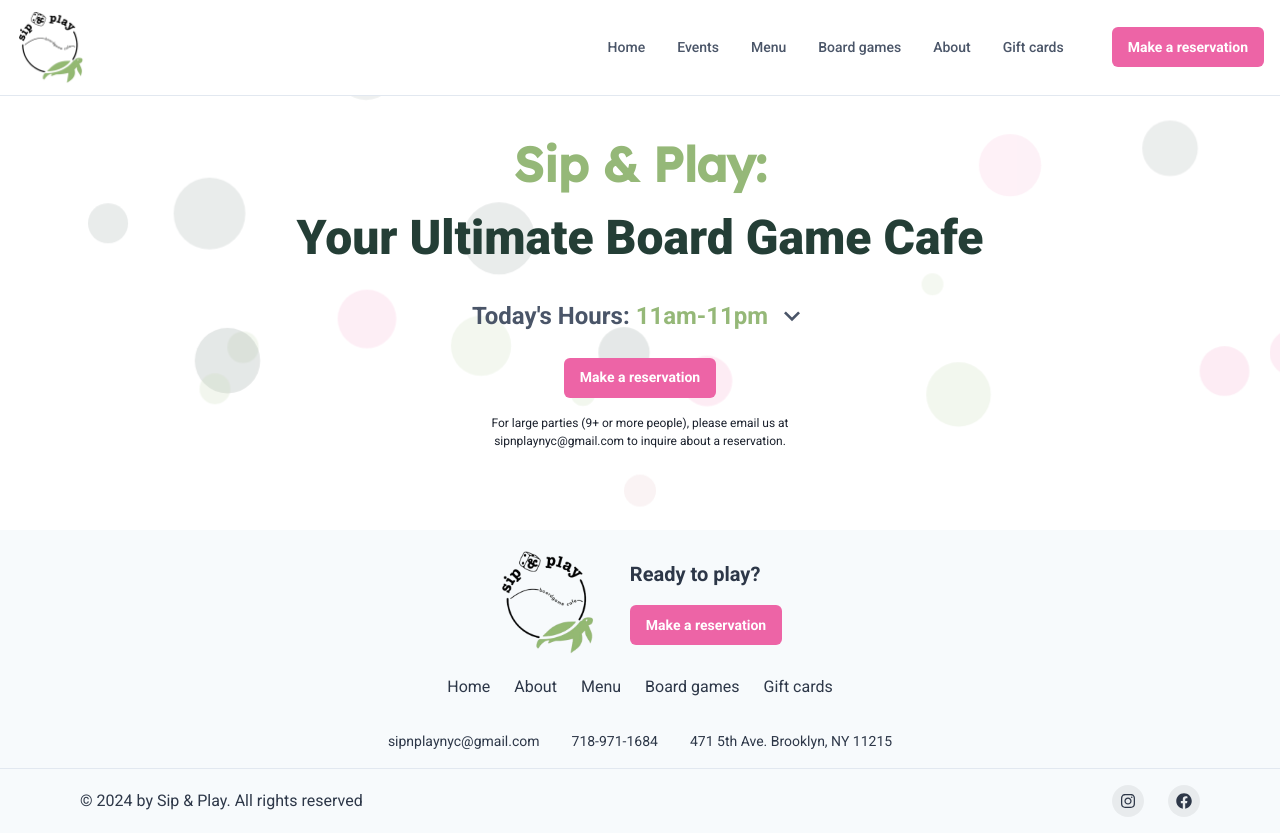
Repository: natespinetti/codedexsummerhackathon
Page: /
The author's editor kept a copy of each file at every save. The page is drawn from the files as they stood at one save, then again after the next save.
The browser window is 1280 px wide. The pictures show the whole page.
The project was rebuilt for these pictures with package versions that can differ from the ones it lists, and the page was loaded fresh each time. The framework's server and built-in components were replaced by stand-ins that run in the browser. Also part of the build but not shown: next.config.mjs.

Above is the page before, as saved 2024-07-11 16:42:37.

### app/layout.tsx
"use client";
import Head from "next/head";
import React from "react";
import Header from "./components/Header";
import Footer from "./components/Footer";
import { Providers } from "./components/Providers";

export default function RootLayout({
  children,
}: {
  children: React.ReactNode;
}) {
  return (
    <html lang="en">
      <Head>
        <title>Sip & Play</title>
        <meta name="description" content="Board games and boba!" />
        <meta name="viewport" content="width=device-width, initial-scale=1" />
        <link rel="icon" href="/favicons/favicon.ico" />
      </Head>
      <body>
        <Providers>
          <Header />
          <main>{children}</main>
          <Footer />
        </Providers>
      </body>
    </html>
  );
}

### app/page.tsx
import Image from "next/image";
import HomeHero from "./components/HomeHero";

export default function Home() {
  return (
    <>
      <HomeHero />
    </>
  );
}

### app/components/Header.tsx
"use client";

import {
  Box,
  Flex,
  Text,
  IconButton,
  Button,
  Stack,
  Collapse,
  Icon,
  Popover,
  PopoverTrigger,
  PopoverContent,
  useColorModeValue,
  useBreakpointValue,
  Image,
  useDisclosure,
} from "@chakra-ui/react";
import {
  HamburgerIcon,
  CloseIcon,
  ChevronDownIcon,
  ChevronRightIcon,
} from "@chakra-ui/icons";
import CurrentDayHours from "./CurrentDaysHours";

export default function Header() {
  const { isOpen, onToggle } = useDisclosure();

  return (
    <Box>
      <Flex
        bg={useColorModeValue("white", "gray.800")}
        color={useColorModeValue("gray.600", "white")}
        minH={"60px"}
        py={{ base: 2 }}
        px={{ base: 4 }}
        borderBottom={1}
        borderStyle={"solid"}
        borderColor={useColorModeValue("gray.200", "gray.900")}
        align={"center"}
      >
        <Flex
          flex={{ base: 1, md: "auto" }}
          ml={{ base: -2 }}
          display={{ base: "flex", md: "none" }}
        >
          <IconButton
            onClick={onToggle}
            icon={
              isOpen ? <CloseIcon w={3} h={3} /> : <HamburgerIcon w={5} h={5} />
            }
            variant={"ghost"}
            aria-label={"Toggle Navigation"}
          />
        </Flex>
        <Flex flex={{ base: 1 }} justify={{ base: "center", md: "start" }}>
          <Text
            textAlign={useBreakpointValue({ base: "center", md: "left" })}
            fontFamily={"heading"}
            color={useColorModeValue("gray.800", "white")}
          >
            <Image
              maxW="70px"
              src="/logos/sipnplay2.png"
              alt="Sip & Play Logo"
            />
          </Text>

          <Flex
            display={{ base: "none", md: "flex" }}
            mr={10}
            alignItems="center"
            ml="auto"
          >
            <DesktopNav />
          </Flex>
        </Flex>

        <Stack
          flex={{ base: 1, md: 0 }}
          justify={"flex-end"}
          direction={"row"}
          spacing={6}
        >
          <Button
            as={"a"}
            display={{ base: "none", md: "inline-flex" }}
            fontSize={"sm"}
            fontWeight={600}
            color={"white"}
            bg={"pink.400"}
            href={"https://www.exploretock.com/sipnplay/"}
            target="_blank"
            _hover={{
              bg: "pink.300",
            }}
          >
            Make a reservation
          </Button>
        </Stack>
      </Flex>

      <Collapse in={isOpen} animateOpacity>
        <MobileNav />
      </Collapse>
    </Box>
  );
}

const DesktopNav = () => {
  const linkColor = useColorModeValue("gray.600", "gray.200");
  const linkHoverColor = useColorModeValue("gray.800", "white");
  const popoverContentBgColor = useColorModeValue("white", "gray.800");

  return (
    <Stack direction={"row"} spacing={4}>
      {NAV_ITEMS.map((navItem) => (
        <Box key={navItem.label}>
          <Popover trigger={"hover"} placement={"bottom-start"}>
            <PopoverTrigger>
              <Box
                as="a"
                p={2}
                href={navItem.href ?? "#"}
                fontSize={"sm"}
                fontWeight={500}
                color={linkColor}
                _hover={{
                  textDecoration: "none",
                  color: linkHoverColor,
                }}
              >
                {navItem.label}
              </Box>
            </PopoverTrigger>

            {navItem.children && (
              <PopoverContent
                border={0}
                boxShadow={"xl"}
                bg={popoverContentBgColor}
                p={4}
                rounded={"xl"}
                minW={"sm"}
              >
                <Stack>
                  {navItem.children.map((child) => (
                    <DesktopSubNav key={child.label} {...child} />
                  ))}
                </Stack>
              </PopoverContent>
            )}
          </Popover>
        </Box>
      ))}
    </Stack>
  );
};

const DesktopSubNav = ({ label, href, subLabel }: NavItem) => {
  return (
    <Box
      as="a"
      href={href}
      role={"group"}
      display={"block"}
      p={2}
      rounded={"md"}
      _hover={{ bg: useColorModeValue("pink.50", "gray.900") }}
    >
      <Stack direction={"row"} align={"center"}>
        <Box>
          <Text
            transition={"all .3s ease"}
            _groupHover={{ color: "pink.400" }}
            fontWeight={500}
          >
            {label}
          </Text>
          <Text fontSize={"sm"}>{subLabel}</Text>
        </Box>
        <Flex
          transition={"all .3s ease"}
          transform={"translateX(-10px)"}
          opacity={0}
          _groupHover={{ opacity: "100%", transform: "translateX(0)" }}
          justify={"flex-end"}
          align={"center"}
          flex={1}
        >
          <Icon color={"pink.400"} w={5} h={5} as={ChevronRightIcon} />
        </Flex>
      </Stack>
    </Box>
  );
};

const MobileNav = () => {
  return (
    <Stack
      bg={useColorModeValue("white", "gray.800")}
      p={4}
      display={{ md: "none" }}
    >
      {NAV_ITEMS.map((navItem) => (
        <MobileNavItem key={navItem.label} {...navItem} />
      ))}
    </Stack>
  );
};

const MobileNavItem = ({ label, children, href }: NavItem) => {
  const { isOpen, onToggle } = useDisclosure();

  return (
    <Stack spacing={4} onClick={children && onToggle}>
      <Box
        py={2}
        as="a"
        href={href ?? "#"}
        justifyContent="space-between"
        alignItems="center"
        _hover={{
          textDecoration: "none",
        }}
      >
        <Text
          fontWeight={600}
          color={useColorModeValue("gray.600", "gray.200")}
        >
          {label}
        </Text>
        {children && (
          <Icon
            as={ChevronDownIcon}
            transition={"all .25s ease-in-out"}
            transform={isOpen ? "rotate(180deg)" : ""}
            w={6}
            h={6}
          />
        )}
      </Box>

      <Collapse in={isOpen} animateOpacity style={{ marginTop: "0!important" }}>
        <Stack
          mt={2}
          pl={4}
          borderLeft={1}
          borderStyle={"solid"}
          borderColor={useColorModeValue("gray.200", "gray.700")}
          align={"start"}
        >
          {children &&
            children.map((child) => (
              <Box as="a" key={child.label} py={2} href={child.href}>
                {child.label}
              </Box>
            ))}
        </Stack>
      </Collapse>
    </Stack>
  );
};

interface NavItem {
  label: string;
  subLabel?: string;
  children?: Array<NavItem>;
  href?: string;
}

const NAV_ITEMS: Array<NavItem> = [
  {
    label: "Home",
    href: "/",
  },
  {
    label: "Events ",
    href: "/",
  },
  {
    label: "Menu",
    children: [
      {
        label: "Coffee",
        subLabel: "Hot and iced coffee options",
        href: "#",
      },
      {
        label: "Specialty drinks",
        subLabel: "Spice it up with flavors and teas",
        href: "#",
      },
      {
        label: "Boba",
        subLabel: "Who doesn't love boba?",
        href: "#",
      },
      {
        label: "Hot bites",
        subLabel: "Some snacks while you play",
        href: "#",
      },
      {
        label: "Sandwiches & salads",
        subLabel: "Need something more? This is the place",
        href: "#",
      },
      {
        label: "Seasonal specials",
        subLabel: "Bevs to fit the season",
        href: "#",
      },
      {
        label: "Beer/wine",
        subLabel: "Rotating menu from local breweries",
        href: "#",
      },
    ],
  },
  {
    label: "Board games",
    href: "#",
  },
  {
    label: "About",
    children: [
      {
        label: "Our story",
        subLabel: "Where it all started",
        href: "#",
      },
      {
        label: "Feedback",
        subLabel: "Let us know what you think",
        href: "#",
      },
    ],
  },
  {
    label: "Gift cards",
    href: "#",
  },
];

### app/components/Footer.tsx
"use client";

import {
  Box,
  chakra,
  Container,
  Stack,
  Text,
  useColorModeValue,
  Button,
  Image,
  VisuallyHidden,
} from "@chakra-ui/react";
import { FaInstagram, FaTwitter, FaYoutube, FaFacebook } from "react-icons/fa";
import { ReactNode } from "react";

const SocialButton = ({
  children,
  label,
  href,
}: {
  children: ReactNode;
  label: string;
  href: string;
}) => {
  return (
    <chakra.button
      bg={useColorModeValue("blackAlpha.100", "whiteAlpha.100")}
      rounded={"full"}
      w={8}
      h={8}
      cursor={"pointer"}
      as={"a"}
      href={href}
      display={"inline-flex"}
      alignItems={"center"}
      justifyContent={"center"}
      transition={"background 0.3s ease"}
      _hover={{
        bg: useColorModeValue("blackAlpha.200", "whiteAlpha.200"),
      }}
    >
      <VisuallyHidden>{label}</VisuallyHidden>
      {children}
    </chakra.button>
  );
};

export default function Footer() {
  return (
    <>
      {/* <iframe
        src="https://www.google.com/maps/embed?pb=!1m19!1m8!1m3!1d48423.28708097213!2d-73.98076851318362!3d40.66393288184943!3m2!1i1024!2i768!4f13.1!4m8!3e0!4m0!4m5!1s0x89c25b963c296a77%3A0x33cab105836ef465!2sSip%20%26%20Play%2C%20471%205th%20Ave%2C%20Brooklyn%2C%20NY%2011215!3m2!1d40.668128599999996!2d-73.9869454!5e0!3m2!1sen!2sus!4v1720729656891!5m2!1sen!2sus"
        width="100%"
        height="200"
        style={{ border: 0 }}
        loading="lazy"
        referrerPolicy="no-referrer-when-downgrade"
      ></iframe> */}
      <Box
        bg={useColorModeValue("gray.50", "gray.900")}
        color={useColorModeValue("gray.700", "gray.200")}
      >
        <Container
          as={Stack}
          maxW={"6xl"}
          py={4}
          spacing={4}
          justify={"center"}
          align={"center"}
        >
          <Box display="flex" flexDir="row" alignItems="center" gridGap="2rem">
            <Image
              maxW="100px"
              src="/logos/sipnplay2.png"
              alt="Sip & Play Logo"
            />
            <Box>
              <Text fontWeight={700} fontSize="20px" pb="1rem">
                Ready to play?
              </Text>
              <Button
                as={"a"}
                display={{ base: "none", md: "inline-flex" }}
                fontSize={"sm"}
                fontWeight={600}
                color={"white"}
                bg={"pink.400"}
                href={"https://www.exploretock.com/sipnplay/"}
                target="_blank"
                _hover={{
                  bg: "pink.300",
                }}
              >
                Make a reservation
              </Button>
            </Box>
          </Box>
          <Stack direction={"row"} spacing={6}>
            <Box as="a" href={"#"}>
              Home
            </Box>
            <Box as="a" href={"#"}>
              About
            </Box>
            <Box as="a" href={"#"}>
              Menu
            </Box>
            <Box as="a" href={"#"}>
              Board games
            </Box>
            <Box as="a" href={"#"}>
              Gift cards
            </Box>
          </Stack>
          <Box
            display="flex"
            flexDir="row"
            gridGap="2rem"
            fontSize="14px"
            mt="1rem"
          >
            <Text as="a" href={"mailto:sipnplaynyc@gmail.com"}>
              sipnplaynyc@gmail.com
            </Text>
            <Text as="a" href={"tel:718-971-1684"}>
              718-971-1684
            </Text>
            <Text
              as="a"
              target="_blank"
              href={
                "https://www.google.com/maps/dir//471+5th+Ave,+Brooklyn,+NY+11215/@40.6680993,-74.0693463,12z/data=!4m8!4m7!1m0!1m5!1m1!1s0x89c25b963c296a77:0x33cab105836ef465!2m2!1d-73.9869454!2d40.6681286?entry=ttu"
              }
            >
              471 5th Ave. Brooklyn, NY 11215
            </Text>
          </Box>
        </Container>

        <Box
          borderTopWidth={1}
          borderStyle={"solid"}
          borderColor={useColorModeValue("gray.200", "gray.700")}
        >
          <Container
            as={Stack}
            maxW={"6xl"}
            py={4}
            direction={{ base: "column", md: "row" }}
            spacing={4}
            justify={{ base: "center", md: "space-between" }}
            align={{ base: "center", md: "center" }}
          >
            <Text>© 2024 by Sip & Play. All rights reserved</Text>
            <Stack direction={"row"} spacing={6}>
              <SocialButton
                label={"Instagram"}
                href={"https://www.instagram.com/sipnplaynyc/?hl=en"}
              >
                <FaInstagram />
              </SocialButton>
              <SocialButton
                label={"Facebook"}
                href={"https://www.facebook.com/sipnplaynyc/"}
              >
                <FaFacebook />
              </SocialButton>
            </Stack>
          </Container>
        </Box>
      </Box>
    </>
  );
}

### app/components/Providers.tsx
import { SPTheme } from "@/ui/theme/theme";
import { ChakraProvider } from "@chakra-ui/react";
import { ReactNode } from "react";

export function Providers({ children }: { children: ReactNode }) {
  return <ChakraProvider theme={SPTheme}>{children}</ChakraProvider>;
}

### app/components/HomeHero.tsx
"use client";
import { Box, Text, Button, keyframes } from "@chakra-ui/react";
import CurrentDayHours from "./CurrentDaysHours";
import {
  HamburgerIcon,
  CloseIcon,
  ChevronDownIcon,
  ArrowDownIcon,
} from "@chakra-ui/icons";

const bubbleAnimation = keyframes`
  0% {
    transform: translateY(100px) scale(1);
    opacity: 1;
  }
  100% {
    transform: translateY(-1000px) scale(1.5);
    opacity: 0;
  }
`;

const upDownAnimation = keyframes`
  0% {
    transform: translateY(0);
  }
  50% {
    transform: translateY(10px);
  }
  100% {
    transform: translateY(0px);
  }
`;

const bubbles = new Array(20).fill(0).map((_, index) => ({
  id: index,
  size: Math.random() * 3 + 1,
  left: Math.random() * 100,
  animationDuration: Math.random() * 20 + 10,
  animationDelay: Math.random() * 100,
}));

export default function HomeHero() {
  return (
    <>
      <Box position="relative" overflow="hidden" h="100%" w="100%">
        {bubbles.map((bubble, index) => (
          <Box
            key={bubble.id}
            position="absolute"
            bottom="0"
            left={`${bubble.left}%`}
            width={`${bubble.size}rem`}
            height={`${bubble.size}rem`}
            bg={
              index % 3 === 0
                ? "rgba(148, 185, 115, 0.3)"
                : index % 3 === 1
                ? "rgba(36, 62, 54, 0.3)"
                : "rgba(237, 100, 166, 0.3)"
            }
            borderRadius="50%"
            animation={`${bubbleAnimation} ${bubble.animationDuration}s linear infinite`}
            transitionDelay={`${bubble.animationDelay}s`}
          />
        ))}
        <Box
          position="relative"
          w="100vw"
          p="2rem"
          display="flex"
          flexDir="column"
          justifyItems="center"
          alignItems="center"
          gridGap="1rem"
          bg="rgba(255, 255, 255, 0.5)"
        >
          <Text
            as="h1"
            fontFamily="body"
            fontWeight="900"
            fontSize="3rem"
            color="#243E36"
            textAlign="center"
          >
            <Text
              as="span"
              color="#95b878"
              fontWeight="900"
              fontFamily="heading"
              fontSize="3rem"
            >
              Sip & Play:
              <br />
            </Text>
            Your Ultimate Board Game Cafe
          </Text>
          <CurrentDayHours />
          <Button
            as={"a"}
            display={{ base: "none", md: "inline-flex" }}
            fontSize={"sm"}
            fontWeight={600}
            color={"white"}
            bg={"pink.400"}
            href={"https://www.exploretock.com/sipnplay/"}
            target="_blank"
            _hover={{
              bg: "pink.300",
            }}
          >
            Make a reservation
          </Button>

          <Text
            fontSize="12px"
            w={{ base: "100%", md: "30%" }}
            textAlign="center"
          >
            For large parties (9+ or more people), please email us at{" "}
            <Text as="a" href="mailto:sipnplaynyc@gmail.com">
              sipnplaynyc@gmail.com
            </Text>{" "}
            to inquire about a reservation.
          </Text>
          <ArrowDownIcon
            fontSize="1.5rem"
            bg="rgba(246, 232, 234, 0.5)"
            p="1rem"
            borderRadius="50%"
            animation={`${upDownAnimation} 4s ease-in-out infinite`}
          />
        </Box>
      </Box>
    </>
  );
}

### ui/theme/theme.tsx
import { extendTheme } from "@chakra-ui/react";
import { fonts } from "./fonts";

const overrides = {
  fonts,
};

export const SPTheme = extendTheme(overrides);

### app/components/CurrentDaysHours.tsx
import React, { useState } from "react";
import { Box, Text, useColorModeValue, useDisclosure } from "@chakra-ui/react";
import {
  Popover,
  PopoverTrigger,
  PopoverContent,
  PopoverHeader,
  PopoverBody,
  PopoverFooter,
  PopoverArrow,
  PopoverCloseButton,
  Button,
  PopoverAnchor,
} from "@chakra-ui/react";
import {
  HamburgerIcon,
  CloseIcon,
  ChevronDownIcon,
  ChevronRightIcon,
} from "@chakra-ui/icons";

const openingHours: { [key: number]: string } = {
  0: "10am-11pm", //Sunday
  1: "11am-11pm", // Monday
  2: "11am-11pm", // Tuesday
  3: "11am-11pm", // Wednesday
  4: "11am-11pm", // Thursday
  5: "11am-12am", // Friday
  6: "10am-12am", // Saturday
};

export default function CurrentDayHours() {
  const { isOpen, onOpen, onClose } = useDisclosure();

  const currentDay = new Date().getDay();
  const hours = openingHours[currentDay];
  const linkColor = useColorModeValue("gray.600", "gray.200");
  const linkHoverColor = useColorModeValue("gray.800", "white");
  const popoverContentBgColor = useColorModeValue("white", "gray.800");
  const handleItemClick = () => {
    if (isOpen) {
      onClose();
    } else {
      onOpen();
    }
  };
  return (
    <Box textAlign="center" fontSize="16px">
      <Popover
        trigger={"hover"}
        placement={"bottom-start"}
        isOpen={isOpen}
        onOpen={onOpen}
        onClose={onClose}
      >
        <PopoverTrigger>
          <Box
            p={2}
            fontSize={"sm"}
            fontWeight={500}
            color={linkColor}
            _hover={{
              textDecoration: "none",
              color: linkHoverColor,
            }}
          >
            <Box
              display="flex"
              flexDir="row"
              gridGap=".5rem"
              alignItems="center"
              onClick={handleItemClick}
            >
              <Text fontWeight="bold" fontSize="1.5rem" cursor="pointer">
                Today's Hours:{" "}
                <Text color="#95b878" as="span">
                  {hours}
                </Text>
              </Text>
              <ChevronDownIcon
                fontSize="2rem"
                transform={isOpen ? "rotate(180deg)" : "rotate(0deg)"}
                transition="transform 0.2s"
              />
            </Box>
          </Box>
        </PopoverTrigger>

        <PopoverContent
          border={0}
          boxShadow={"xl"}
          bg={popoverContentBgColor}
          p={4}
          rounded={"xl"}
          minW={"sm"}
        >
          <Box display="flex" flexDir="column" textAlign="left">
            <Text fontWeight="bold">
              Sunday:{" "}
              <Text color="#95b878" as="span">
                10am-11pm
              </Text>
            </Text>
            <Text fontWeight="bold">
              Monday:{" "}
              <Text color="#95b878" as="span">
                11am-11pm
              </Text>
            </Text>
            <Text fontWeight="bold">
              Tuesday:{" "}
              <Text color="#95b878" as="span">
                11am-11pm
              </Text>
            </Text>
            <Text fontWeight="bold">
              Wednesday:{" "}
              <Text color="#95b878" as="span">
                11am-11pm
              </Text>
            </Text>
            <Text fontWeight="bold">
              Thursday:{" "}
              <Text color="#95b878" as="span">
                11am-11pm
              </Text>
            </Text>
            <Text fontWeight="bold">
              Friday:{" "}
              <Text color="#95b878" as="span">
                11am-12am
              </Text>
            </Text>
            <Text fontWeight="bold">
              Saturday:{" "}
              <Text color="#95b878" as="span">
                10am-12am
              </Text>
            </Text>
          </Box>
        </PopoverContent>
      </Popover>
    </Box>
  );
}

### ui/theme/fonts.tsx
import { Roboto, Lexend } from "next/font/google";

const roboto = Roboto({
  subsets: ["latin"],
  display: "swap",
  weight: ["100", "300", "400", "500", "700", "900"],
  style: ["normal", "italic"],
});

const lexend = Lexend({
  subsets: ["latin"],
  display: "swap",
  weight: ["300", "400", "500"],
  style: ["normal"],
});

export const fonts = {
  heading: lexend.style.fontFamily,
  body: roboto.style.fontFamily,
};

After the next save:
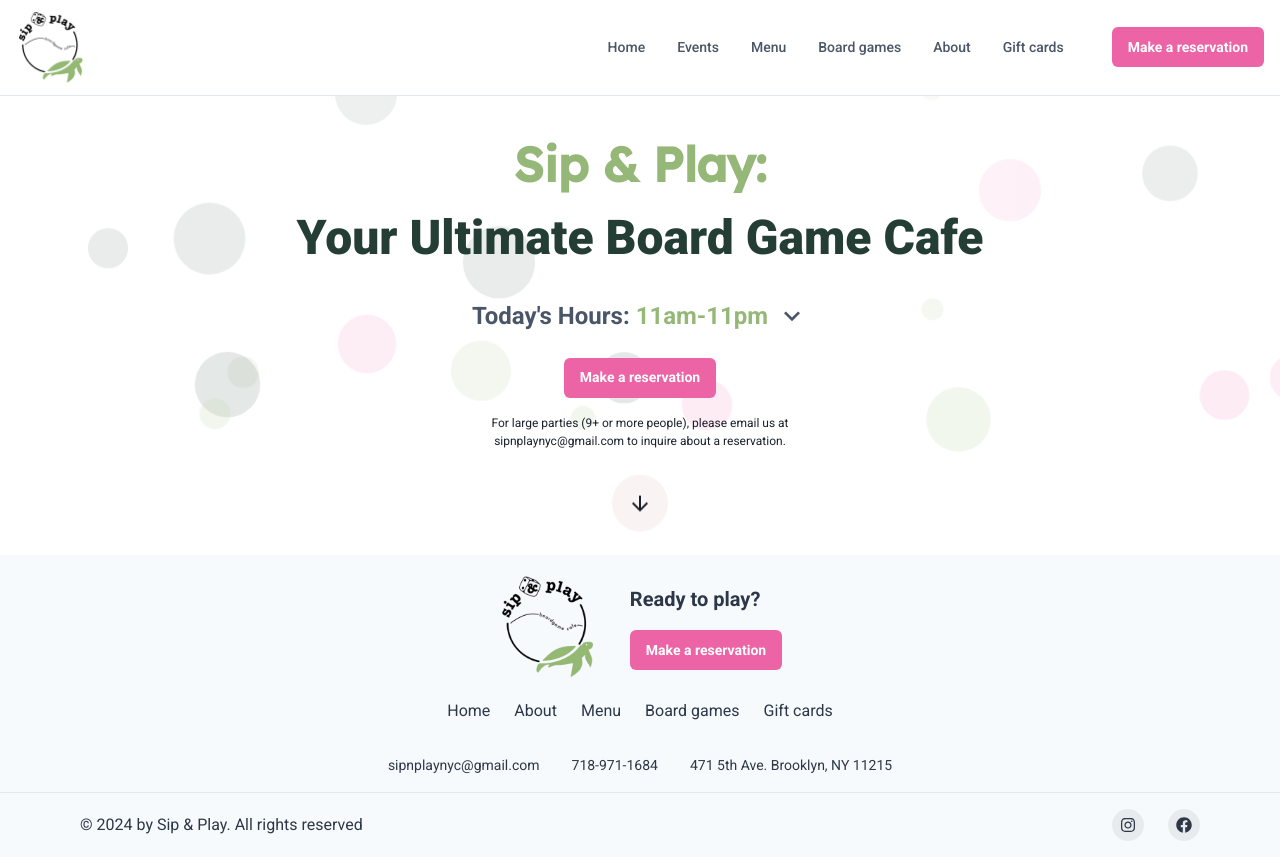
Saved 27 s later.
--- a/app/components/HomeHero.tsx
+++ b/app/components/HomeHero.tsx
@@ -122,13 +122,14 @@
             </Text>{" "}
             to inquire about a reservation.
           </Text>
-          <ArrowDownIcon
-            fontSize="1.5rem"
+          <Box
             bg="rgba(246, 232, 234, 0.5)"
             p="1rem"
             borderRadius="50%"
             animation={`${upDownAnimation} 4s ease-in-out infinite`}
-          />
+          >
+            <ArrowDownIcon fontSize="1.5rem" />
+          </Box>
         </Box>
       </Box>
     </>
